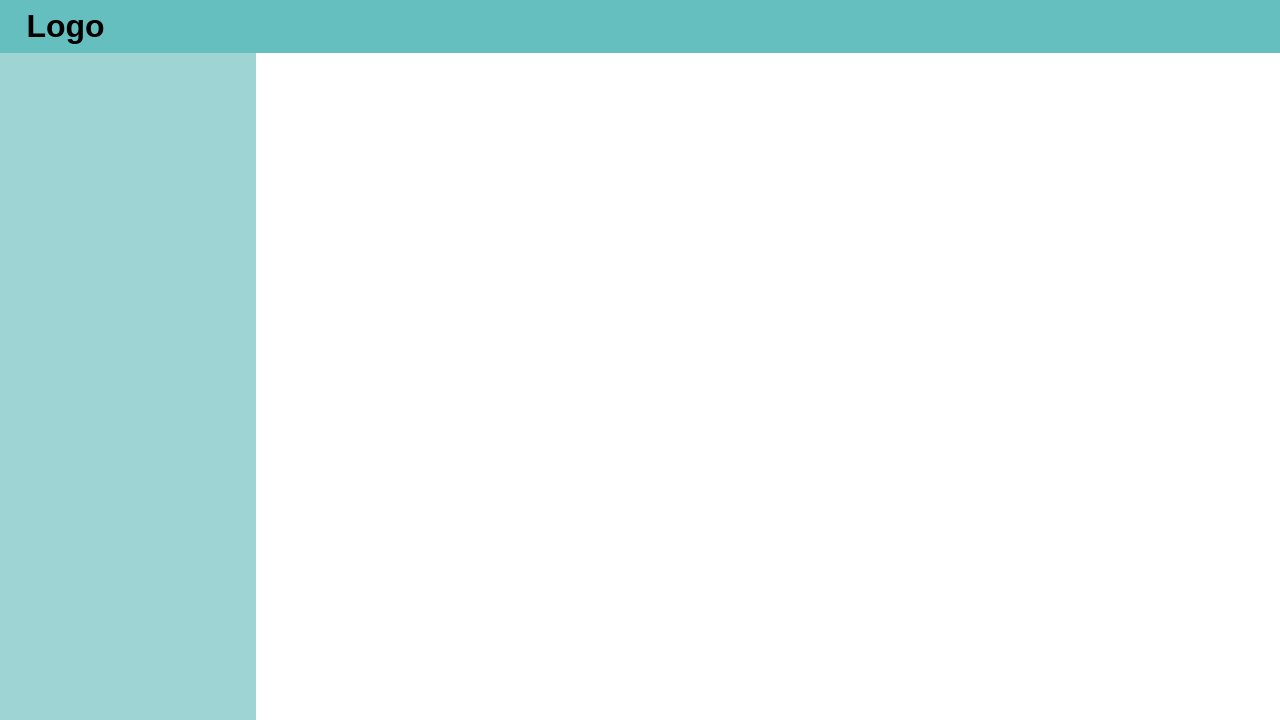
Repository: mateus-henrique-silva/Dashboard-pixel-facebook-react
Page: / (app in dashboard-pixel/)
These files come from the project's save history. The page is drawn as it stood at one moment and after the next save; the edit follows.
The browser window is 1280 px wide. The pictures show the whole page.
The project was rebuilt for these pictures with package versions that can differ from the ones it lists, and the page was loaded fresh each time.

Above is the page before, as saved 2022-07-07 17:09:56.

### dashboard-pixel/src/index.js
import React from "react";
import ReactDOM from "react-dom/client";

import App from "./App";
import reportWebVitals from "./reportWebVitals";

const root = ReactDOM.createRoot(document.getElementById("root"));
root.render(
  <React.StrictMode>
    <App />
  </React.StrictMode>
);

reportWebVitals();

### dashboard-pixel/src/App.jsx
import React from "react";
import Main from "./Components/MainPage/Main";



function App() {
  return (
    <div >
        <Main/>


    </div>
  );
}

export default App;

### dashboard-pixel/src/Components/MainPage/Main.jsx
import React from 'react'
import './Main.css'
import Header from '../Header/Header'
import SideBar from "../SideBar/SideBar"

const Main = () => {
  return (
    <div className="Main">
        <Header/>
        <SideBar/>
    </div>
  )
}

export default Main

### dashboard-pixel/src/Components/MainPage/Main.css
* {
  border: 0;
  margin: 0;
  font-family: sans-serif;
}

.Main {
  width: 100%;
  height: 100vh;
}
.startHeader{
    width: 100%;
    display: flex;
    justify-content: center;
}

### dashboard-pixel/src/Components/Header/Header.jsx
import React from 'react'
import "./Header.css"

const Header = () => {
  return (
    <div className="startHeader">

        <div className="Header">
            <h1>Logo</h1>
        </div>

    </div>
  )
}

export default Header

### dashboard-pixel/src/Components/SideBar/SideBar.jsx
import React from 'react'
import "./SideBar.css"

const SideBar = () => {
  return (
    <div>
        <div className="div-sidebar">
            <div>principal</div>

        </div>
    </div>
  )
}

export default SideBar

### dashboard-pixel/src/Components/Header/Header.css
.Header{
    width: 99vw;
    padding: 0.5em 0.5em ;
    background-color:#66BFBF;
    display:flex;
    align-items:center;
    position:fixed;


}

.Header h1{
    margin-left: 20px;
}

### dashboard-pixel/src/Components/SideBar/SideBar.css
.div-sidebar{
    height:100vh;
    width:20vw;
    background-color:#9fd4d4;
}

Loaded but not shown: dashboard-pixel/public/index.html (common file); dashboard-pixel/src/reportWebVitals.js (common file)

After the next save:
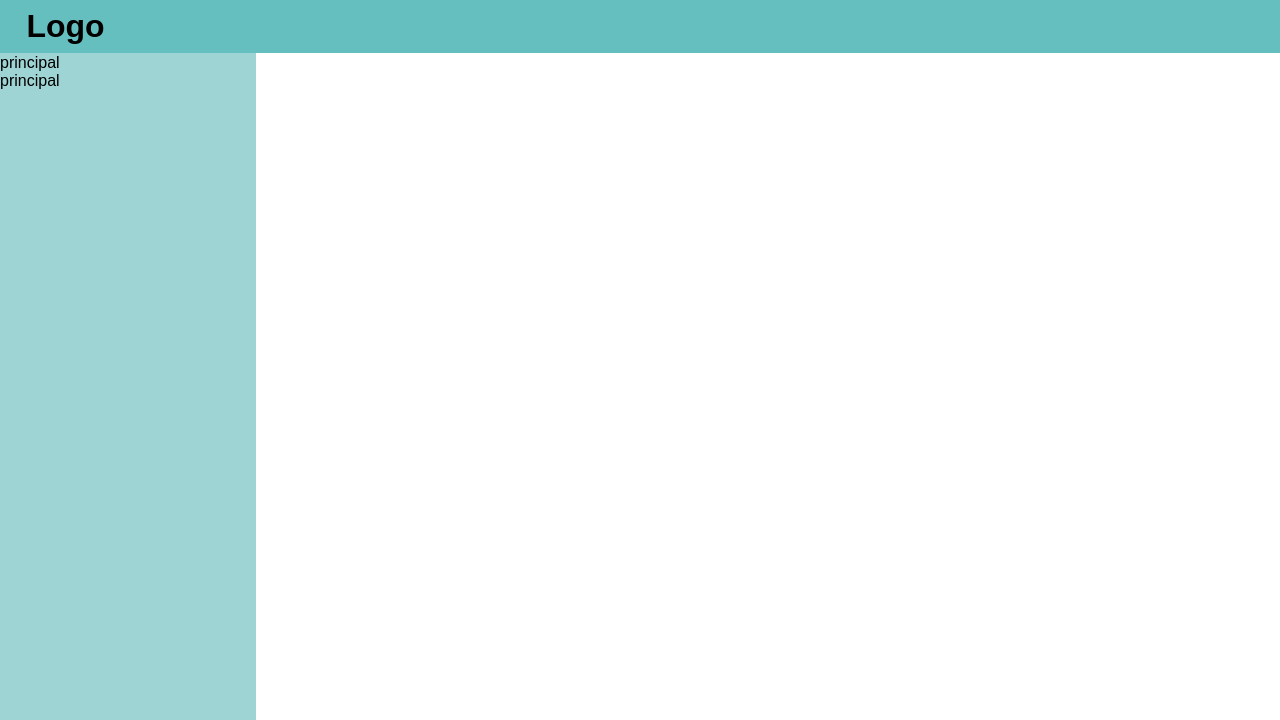
Saved 5 s later.
--- a/dashboard-pixel/src/Components/SideBar/SideBar.jsx
+++ b/dashboard-pixel/src/Components/SideBar/SideBar.jsx
@@ -6,6 +6,10 @@
     <div>
         <div className="div-sidebar">
             <div>principal</div>
+            <div>principal</div>
+            <div>principal</div>
+            <div>principal</div>
+            <div>principal</div>
 
         </div>
     </div>
